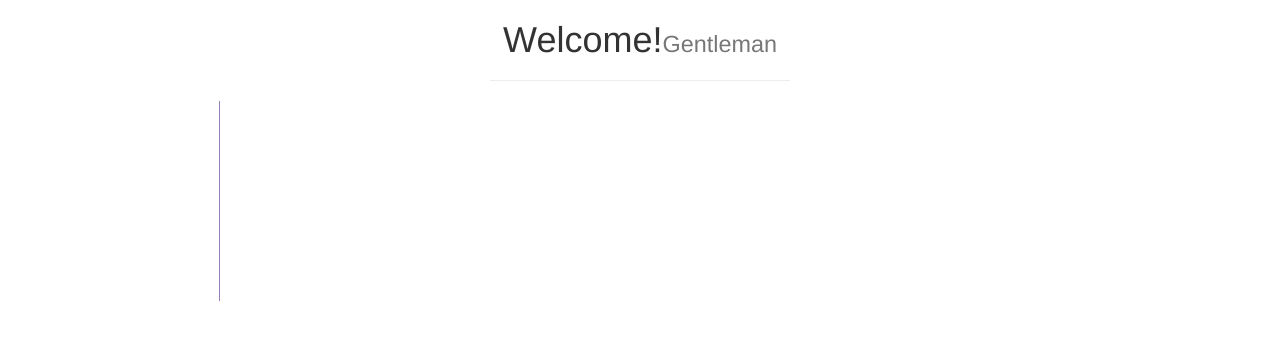
Repository: JasonBour/Beautypedia
Page: http://localhost/
An editor plug-in stored every save of this project. The page is shown before and after the next save, followed by the edit.
The browser window is 1280 px wide. The pictures show the whole page.
The page is run by PHP 8.4 with error messages shown; the project is at /var/www/html/.

Above is the page before, as saved 2015-09-13 12:20:22.

After the next save:
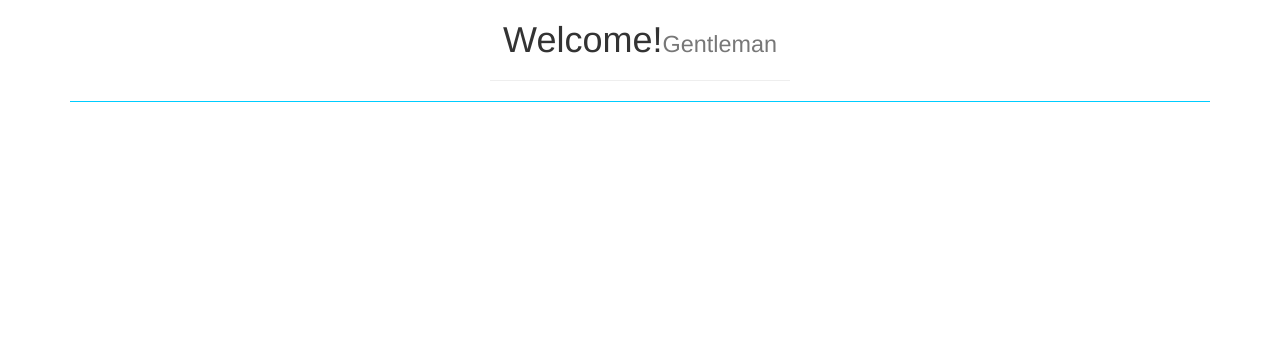
Saved 2 min 7 s later.
--- a/Beautypedia/index.php
+++ b/Beautypedia/index.php
@@ -14,7 +14,10 @@
 
      <HR align=center width=300 color=#987cb9 SIZE=1>
 
-   <div style="width:150px; height:200px; border-right: solid 1px #987cb9"></div>
+   <div style="height:1px;
+ width:100%;
+ background:#00CCFF;
+ overflow:hidden;"></div>
     </div>
 
 
